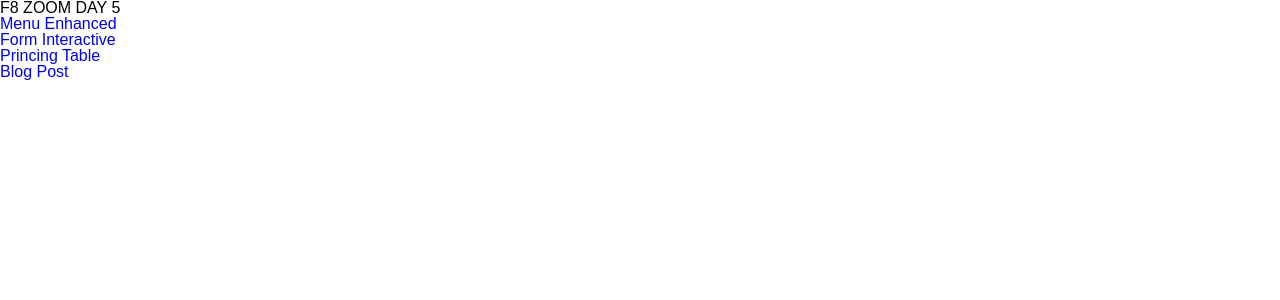
Repository: lannguyen1301/f8-zoom-day-5
Page: index.html
These files come from the project's save history. The page is drawn as it stood at one moment and after a run of saves; the edit follows.
The browser window is 1280 px wide. The pictures show the whole page.

Above is the page before, as saved 2025-04-21 12:59:05.

### index.html
<!DOCTYPE html>
<html lang="en">

<head>
    <meta charset="UTF-8">
    <meta name="viewport" content="width=device-width, initial-scale=1.0">
    <title>F8 ZOOM DAY 5</title>
    <link rel="stylesheet" href="./assets/css/reset.css">
    <link rel="stylesheet" href="./assets/css/style.css">
</head>

<body>
    <h1 class="title-desc">F8 ZOOM DAY 5</h1>
    <ul class="list">
        <li class="item">
            <a href="./menu-enhanced.html" class="link" target="_blank">Menu Enhanced</a>
        </li>
        <li class="item">
            <a href="./form-interactive.html" class="link" target="_blank">Form Interactive</a>
        </li>
        <li class="item">
            <a href="./pricing-table.html" class="link" target="_blank">Princing Table</a>
        </li>
        <li class="item">
            <a href="./blog-post.html" class="link" target="_blank">Blog Post</a>
        </li>
    </ul>
</body>

</html>

### assets/css/style.css
* {
    box-sizing: border-box;
}

html {
    font-size: 62.5%;
}

body {
    font-size: 1.6rem;
    font-family: "poppins", sans-serif;
}

/* commot*/
a {
    text-decoration: none;
}

Loaded but not shown: assets/css/reset.css (common file)

After the next 4 saves:
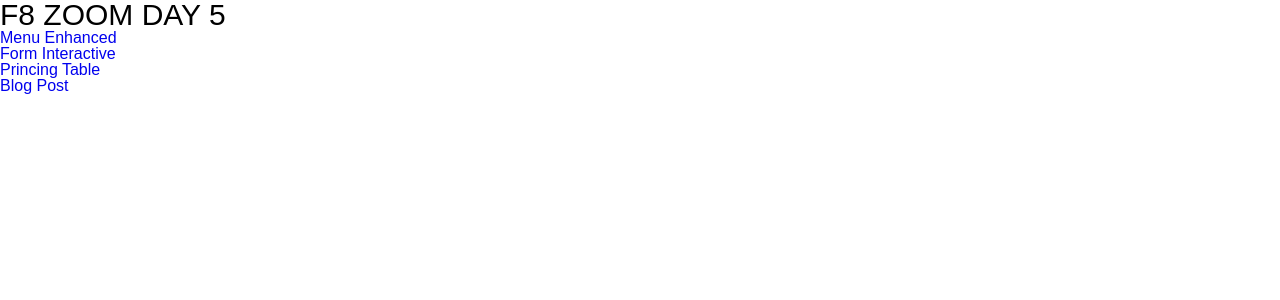
The 4 saves are shown as one change because they came seconds apart.
The last was saved 14 s later.
--- a/assets/css/style.css
+++ b/assets/css/style.css
@@ -15,3 +15,7 @@
 a {
     text-decoration: none;
 }
+
+.title-desc {
+    font-size: 3rem;
+}
